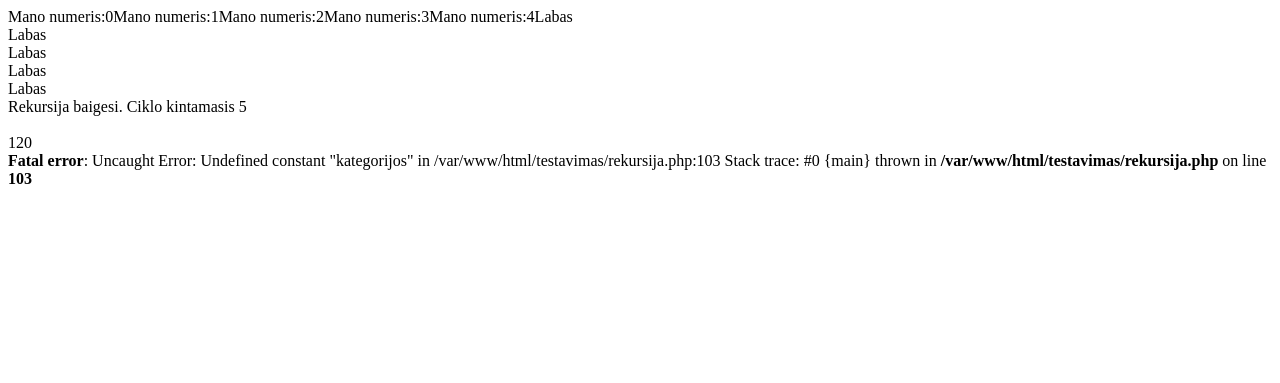
Repository: motiejus1/18-paskaita-PHP-05.31
Page: http://localhost/testavimas/rekursija.php
The author's editor kept a copy of each file at every save. The page is drawn from the files as they stood at one save, then again after the next save.
The browser window is 1280 px wide. The pictures show the whole page.
The page is run by PHP 8.4 with error messages shown; the project is at /var/www/html/. testavimas/connections.php is not in the repository; a stand-in opens the database connection. Queries for data that is not in the repository find no rows.

Above is the page before, as saved 2021-09-23 20:54:42.

After the next save:
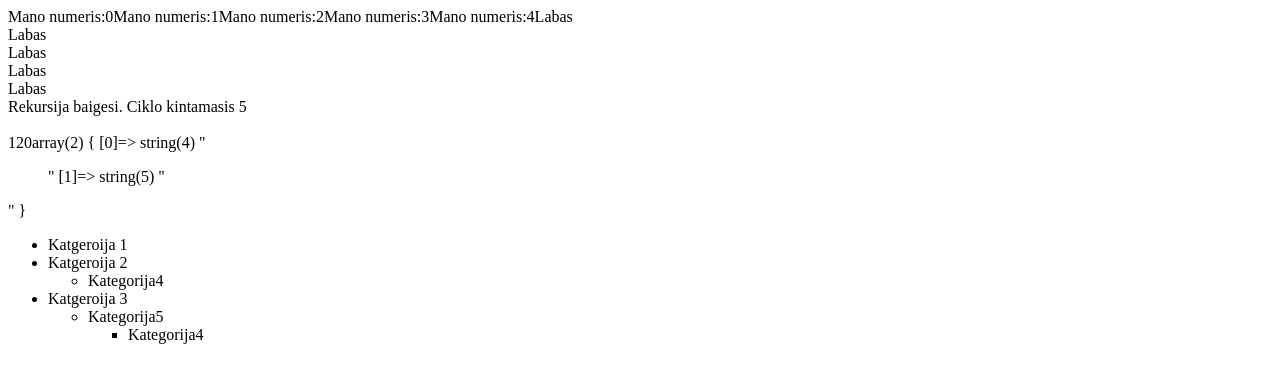
Saved 5 s later.
--- a/testavimas/rekursija.php
+++ b/testavimas/rekursija.php
@@ -100,7 +100,7 @@ function kategorijuMedis($tevinis_id = 0, $kategorijos_medis_masyvas = '') {
 
 $kategorijos = kategorijuMedis();
 
-var_dump(!kategorijos);
+var_dump($kategorijos);
 
 
 ?>
